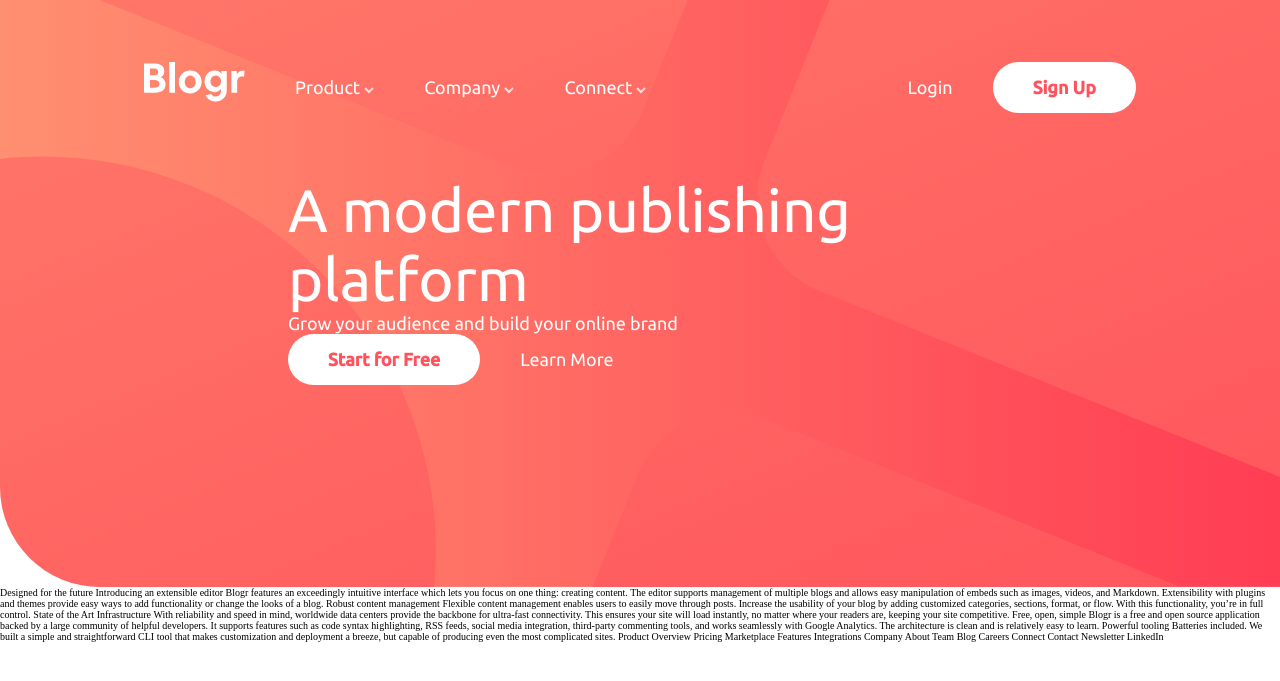
Repository: tomas938/tomaspage3
Page: index.html
An editor plug-in stored every save of this project. The page is shown before and after the next save, followed by the edit.
The browser window is 1280 px wide. The pictures show the whole page.
The style sheet was rebuilt from its Sass, Less or Tailwind sources for each picture, by a compiler version that may differ from the author's.

Above is the page before, as saved 2021-07-30 09:17:33.

### index.html
<!DOCTYPE html>
<html lang="en">
	<head>
		<meta charset="UTF-8" />
		<meta name="viewport" content="width=device-width, initial-scale=1.0" />
		<!-- displays site properly based on user's device -->

		<link
			rel="icon"
			type="image/png"
			sizes="32x32"
			href="./images/favicon-32x32.png"
		/>

		<title>Frontend Mentor | [Blogr]</title>

		<link rel="stylesheet" href="./scss/main.css" />
	</head>
	<body>
		<section class="intro">
			<header>
				<nav class="intro__navigation">
					<div class="intro__navigation__logo">
						<svg width="101" height="40" xmlns="http://www.w3.org/2000/svg">
							<path
								d="M0 30.803V1.486h10.653c1.982 0 3.695.31 5.14.93 1.446.619 2.56 1.5 3.345 2.642.785 1.142 1.177 2.484 1.177 4.026 0 1.404-.303 2.636-.909 3.695a6.48 6.48 0 01-2.56 2.498c1.487.578 2.643 1.494 3.469 2.746.826 1.253 1.239 2.732 1.239 4.439 0 1.707-.44 3.18-1.322 4.418-.88 1.239-2.12 2.202-3.716 2.89-1.596.688-3.482 1.033-5.657 1.033H0zM5.946 6.565v6.73h4.046c1.35 0 2.388-.282 3.118-.846.73-.564 1.094-1.397 1.094-2.498 0-1.101-.365-1.94-1.094-2.519-.73-.578-1.769-.867-3.118-.867H5.946zm0 19.159h4.624c1.542 0 2.732-.33 3.572-.991.84-.66 1.26-1.61 1.26-2.85 0-1.238-.42-2.188-1.26-2.848-.84-.66-2.03-.991-3.572-.991H5.946v7.68zm19.282 5.079V0h5.781v30.803h-5.78zm20.893.619c-1.624 0-3.124-.29-4.5-.867a10.94 10.94 0 01-3.593-2.416 10.96 10.96 0 01-2.374-3.654c-.564-1.404-.846-2.931-.846-4.583 0-1.652.289-3.173.867-4.563a11.354 11.354 0 012.415-3.654 10.96 10.96 0 013.634-2.436c1.39-.578 2.91-.867 4.562-.867 1.625 0 3.125.289 4.501.867a10.94 10.94 0 013.592 2.416 11.01 11.01 0 012.375 3.633c.564 1.39.846 2.911.846 4.563 0 1.651-.289 3.179-.867 4.583a11.297 11.297 0 01-2.416 3.675 10.96 10.96 0 01-3.633 2.436c-1.39.578-2.911.867-4.563.867zm.083-5.203c1.046 0 1.982-.275 2.808-.825.825-.551 1.48-1.301 1.96-2.25.483-.95.723-2.03.723-3.242 0-1.211-.24-2.292-.722-3.241-.482-.95-1.136-1.7-1.961-2.25-.826-.551-1.762-.826-2.808-.826-1.046 0-1.982.275-2.808.825-.826.55-1.48 1.301-1.961 2.25-.482.95-.723 2.03-.723 3.242 0 1.211.241 2.292.723 3.241.482.95 1.135 1.7 1.961 2.25.826.551 1.762.826 2.808.826zm24.155 3.964a9.13 9.13 0 01-3.86-.826 9.492 9.492 0 01-3.118-2.291c-.881-.977-1.57-2.12-2.065-3.427-.495-1.308-.743-2.719-.743-4.233 0-1.569.255-3.02.764-4.356a10.614 10.614 0 012.147-3.489 10.174 10.174 0 013.22-2.333c1.225-.564 2.554-.846 3.985-.846 1.404 0 2.67.282 3.799.846a7.402 7.402 0 012.807 2.457l.124-2.684h5.327v19.2c0 1.68-.269 3.207-.805 4.584-.537 1.376-1.301 2.56-2.292 3.55a10.231 10.231 0 01-3.53 2.292c-1.363.537-2.87.805-4.522.805-1.624 0-3.083-.254-4.376-.764a10.468 10.468 0 01-3.386-2.126 10.035 10.035 0 01-2.271-3.18L67.097 32a5.452 5.452 0 001.92 1.879c.784.454 1.672.681 2.663.681 1.074 0 2.003-.24 2.787-.723.785-.481 1.397-1.156 1.838-2.023.44-.867.66-1.879.66-3.035v-1.775a7.793 7.793 0 01-2.828 2.333c-1.143.564-2.402.846-3.778.846zm1.404-5.12c1.018 0 1.92-.254 2.704-.764a5.556 5.556 0 001.879-2.064c.468-.867.702-1.851.702-2.952 0-1.102-.234-2.086-.702-2.953a5.556 5.556 0 00-1.879-2.064c-.784-.51-1.686-.764-2.704-.764-1.019 0-1.92.255-2.705.764a5.556 5.556 0 00-1.879 2.064c-.468.867-.702 1.851-.702 2.953 0 1.1.234 2.085.702 2.952a5.556 5.556 0 001.88 2.064c.784.51 1.685.764 2.704.764zm15.607 5.74V9h5.327l.206 3.304c.55-1.157 1.294-2.044 2.23-2.664.936-.62 2.037-.929 3.303-.929.386 0 .77.035 1.156.103.386.07.73.159 1.033.269l-.62 5.698a4.361 4.361 0 00-.929-.227 7.495 7.495 0 00-.97-.062c-1.597 0-2.822.489-3.675 1.466-.853.977-1.28 2.36-1.28 4.15v10.694h-5.78z"
								fill="#FFF"
								fill-rule="nonzero"
							/>
						</svg>
						<ul>
							<li>
								<a href="#">Product</a>
								<svg xmlns="http://www.w3.org/2000/svg" width="10" height="7">
									<path
										fill="none"
										stroke="#FFF"
										stroke-width="2"
										opacity=".75"
										d="M1 1l4 4 4-4"
									/>
								</svg>
							</li>
							<li>
								<a href="#">Company</a>
								<svg xmlns="http://www.w3.org/2000/svg" width="10" height="7">
									<path
										fill="none"
										stroke="#FFF"
										stroke-width="2"
										opacity=".75"
										d="M1 1l4 4 4-4"
									/>
								</svg>
							</li>
							<li>
								<a href="#">Connect</a>
								<svg xmlns="http://www.w3.org/2000/svg" width="10" height="7">
									<path
										fill="none"
										stroke="#FFF"
										stroke-width="2"
										opacity=".75"
										d="M1 1l4 4 4-4"
									/>
								</svg>
							</li>
						</ul>
					</div>
					<div class="intro__navigation__login">
						<div class="button button--1">Login</div>
						<div class="button button--2">Sign Up</div>
					</div>
				</nav>
			</header>
			<div class="intro__description">
				<h1>A modern publishing platform</h1>
				<p>Grow your audience and build your online brand</p>
				<div class="intro__description__buttons">
					<div class="button button--2">Start for Free</div>
					<div class="button button--3">Learn More</div>
				</div>
			</div>
		</section>

		Designed for the future Introducing an extensible editor Blogr features an
		exceedingly intuitive interface which lets you focus on one thing: creating
		content. The editor supports management of multiple blogs and allows easy
		manipulation of embeds such as images, videos, and Markdown. Extensibility
		with plugins and themes provide easy ways to add functionality or change the
		looks of a blog. Robust content management Flexible content management
		enables users to easily move through posts. Increase the usability of your
		blog by adding customized categories, sections, format, or flow. With this
		functionality, you’re in full control. State of the Art Infrastructure With
		reliability and speed in mind, worldwide data centers provide the backbone
		for ultra-fast connectivity. This ensures your site will load instantly, no
		matter where your readers are, keeping your site competitive. Free, open,
		simple Blogr is a free and open source application backed by a large
		community of helpful developers. It supports features such as code syntax
		highlighting, RSS feeds, social media integration, third-party commenting
		tools, and works seamlessly with Google Analytics. The architecture is clean
		and is relatively easy to learn. Powerful tooling Batteries included. We
		built a simple and straightforward CLI tool that makes customization and
		deployment a breeze, but capable of producing even the most complicated
		sites. Product Overview Pricing Marketplace Features Integrations Company
		About Team Blog Careers Connect Contact Newsletter LinkedIn
	</body>
</html>

### scss/main.scss
@import "../scss_partials/variables";
@import "../scss_partials/resets";
@import "../scss_partials/intro";

### scss_partials/_variables.scss
//Colors

/* PRIMARY */

$light-red: hsl(356, 100%, 66%);
$very-light-red: hsl(355, 100%, 74%);
$very-dark-blue: hsl(208, 49%, 24%);

/* NEUTRAL */

$white: hsl(0, 0%, 100%);
$grayish-blue: hsl(240, 2%, 79%); //Footer Text
$very-dark-grayish-blue: hsl(207, 13%, 34%);
$very-dark-black-blue: hsl(240, 10%, 16%); //Footer Background

/* GRADIENT */

$very-light-red-gradient: hsl(13, 100%, 72%); // Intro /CTA
$light-red-gradient: hsl(353, 100%, 62%); // Intro /CTA

$very-dark-gray-blue: hsl(237, 17%, 21%); // Background body gradient
$very-dark-desaturated-blue: hsl(237, 23%, 32%); // Background body gradient

//Fonts

@import url("https://fonts.googleapis.com/css2?family=Overpass:wght@300;600&display=swap");

$font-primary: "Overpass", sans-serif;
$font-weight-primary-light: 300;
$font-weight-primary-bold: 600;

@import url("https://fonts.googleapis.com/css2?family=Ubuntu:ital,wght@0,400;0,500;1,700&display=swap");

$font-secondary: "Ubuntu", sans-serif;

$font-weight-secondary-light: 400;
$font-weight-secondary-medium: 500;
$font-weight-secondary-bold: 700;

### scss_partials/_resets.scss
* {
	margin: 0;
	padding: 0;
	box-sizing: border-box;
}
html {
	font-size: 62.5%;
}
li {
	list-style: none;
}
a {
	text-decoration: none;
}

### scss_partials/_intro.scss
.intro {
	height: 81.5vh;
	background-image: url(../images/bg-pattern-intro.svg),
		linear-gradient(to right, $very-light-red-gradient, $light-red-gradient);
	background-position: center center;
	border-bottom-left-radius: 10rem;
	font-family: $font-secondary;
	font-weight: $font-weight-secondary-light;
	color: $white;
	font-size: 1.8rem;
	header {
		width: 100%;
	}
	&__navigation {
		width: 77.5%;
		margin: auto;
		padding: 6.2rem 0;
		display: flex;
		justify-content: space-between;
		&__logo {
			display: flex;
		}
		ul {
			display: flex;
			align-items: center;
		}
		li {
			margin-left: 5rem;
		}

		a {
			color: $white;
		}
		&__login {
			display: flex;
			align-items: center;
		}
	}
	&__description {
		width: 55%;
		margin: auto;
		h1 {
			font-size: 6rem;
			font-weight: $font-weight-secondary-light;
		}
		p {
		}
		&__buttons {
			display: flex;
			justify-items: center;
		}
	}
}
.button {
	cursor: pointer;
	padding: 1.5rem 4rem;
	border-radius: 3rem;
}
.button--2 {
	background-color: $white;
	color: $light-red;
	font-family: $font-secondary;
	font-weight: $font-weight-secondary-bold;
	transition: all 0.3s ease-in-out;
}
.button--2:hover {
	background-color: hsla(0, 0%, 100%, 0.267);
	color: $white;
}

After the next save:
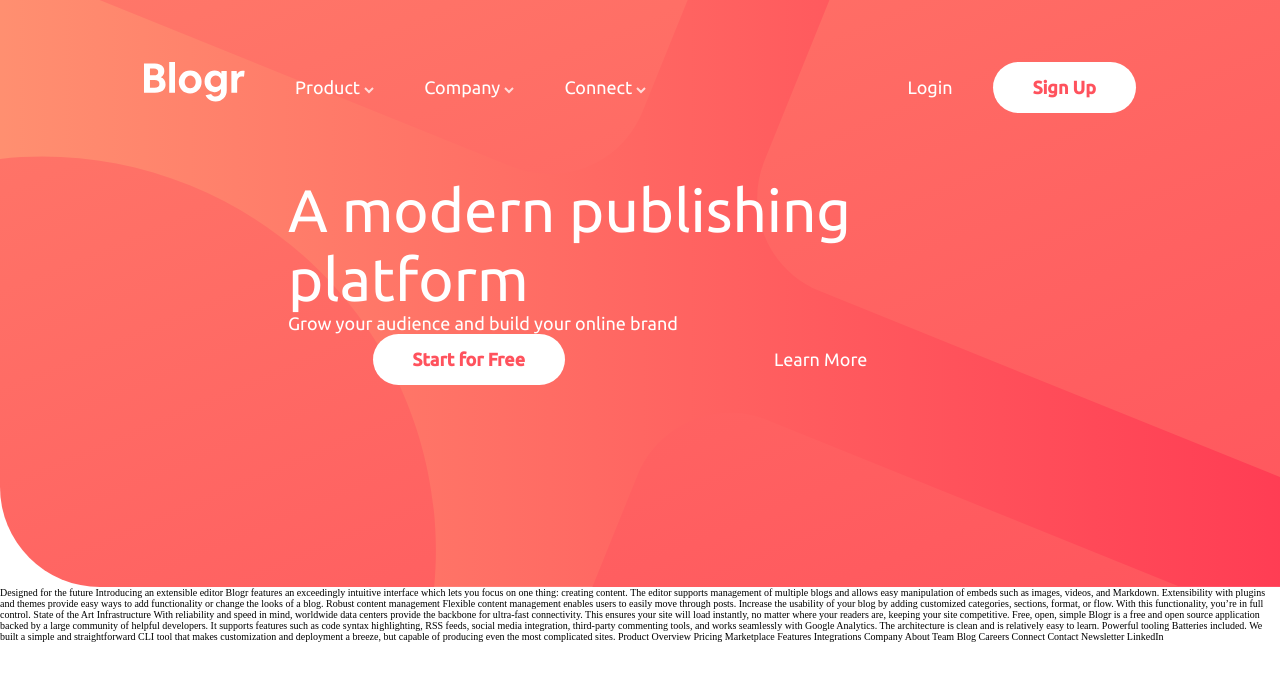
Saved 23 s later.
--- a/scss_partials/_intro.scss
+++ b/scss_partials/_intro.scss
@@ -47,7 +47,7 @@
 		}
 		&__buttons {
 			display: flex;
-			justify-items: center;
+			justify-content: space-around;
 		}
 	}
 }
